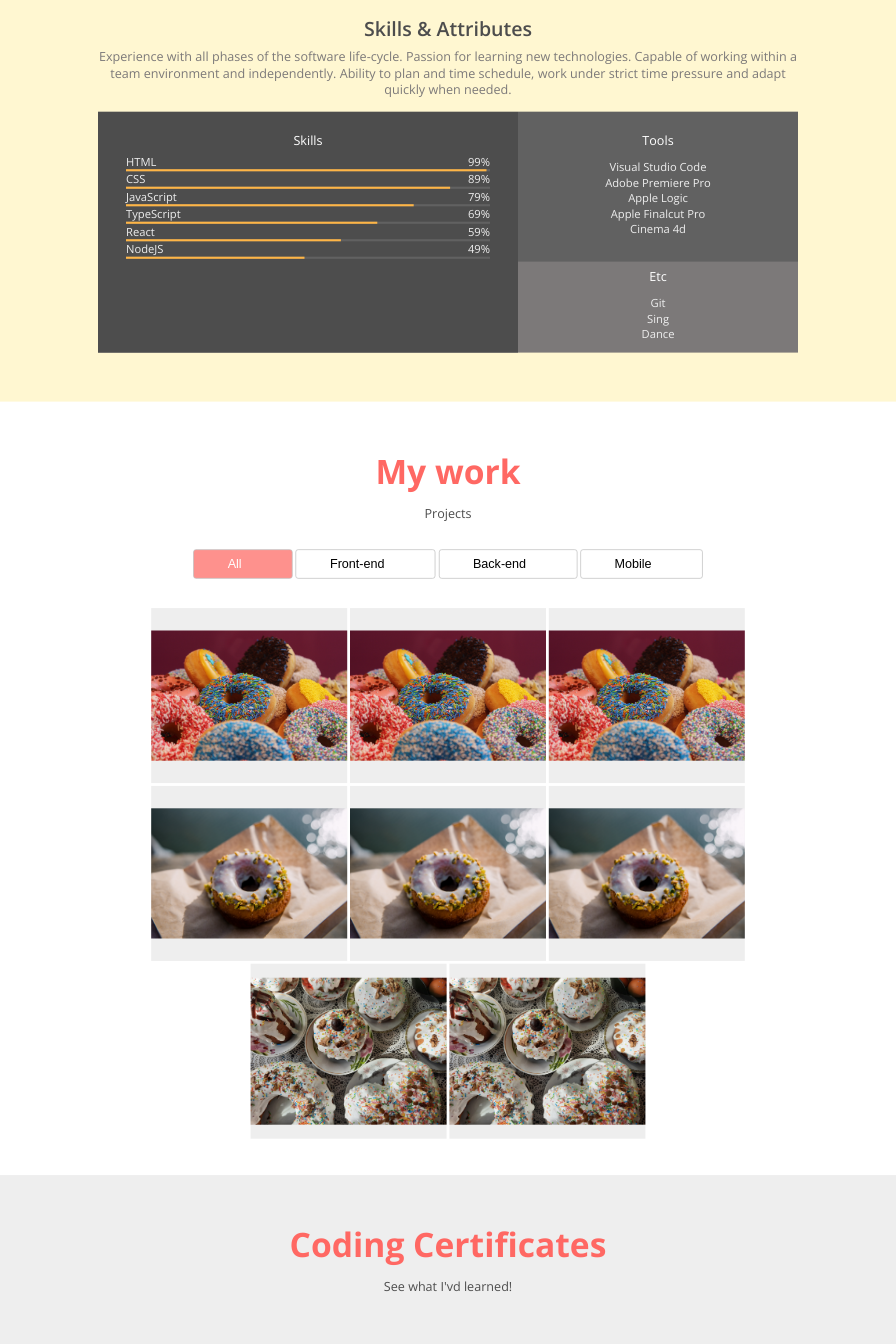
Repository: hesshess/Portfolio
Page: index.html
These files come from the project's save history. The page is drawn as it stood at one moment and after the next save; the edit follows.
The browser window is 1280 px wide. The pictures show the part of the page from y = 1734 to 3654 px (the page is 4336 px tall before and 4414 px after), at 70% of full size.
Some web libraries are served in a nearby version.

Above is the page before, as saved 2022-10-18 13:22:53.

### index.html
<!DOCTYPE html>
<html lang="en">
  <head>
    <meta charset="UTF-8" />
    <meta name="viewport" content="width=device-width, initial-scale=1.0" />
    <title>Hess's Portfolio</title>
    <meta
      name="description"
      content="Portfolio for world-renowed software engineer Hess"
    />
    <meta name="author" content="Hess" />
    <link rel="icon" type="image/png" href="imgs/favicon.png" />
    <script
      src="https://kit.fontawesome.com/1af2041847.js"
      crossorigin="anonymous"
    ></script>
    <link
      href="https://fonts.googleapis.com/css2?family=Amatic+SC:wght@400;700&family=Open+Sans:wght@400;600;700&display=swap"
      rel="stylesheet"
    />
    <link rel="stylesheet" href="style.css" />
    <script src="main.js" defer></script>
  </head>
  <body>
    <!-- Navbar -->
    <nav id="navbar">
      <div class="navbar__logo">
        <i class="fas fa-home"></i>
        <a href="#">Hess</a>
      </div>
      <div class="navbar__menu">
        <ul class="navbar__menu">
          <li class="navbar__menu__item active" data-link="#home">Home</li>
          <li class="navbar__menu__item" data-link="#about">About</li>
          <li class="navbar__menu__item" data-link="#skills">Skills</li>
          <li class="navbar__menu__item" data-link="#work">My Work</li>
          <li class="navbar__menu__item" data-link="#testimonials">
            Testimonial
          </li>
          <li class="navbar__menu__item" data-link="#contact">Contact</li>
        </ul>
      </div>
      <!-- Toggle button -->
      <button class="navbar__toggle-btn">
        <i class="fas fa-bars"></i>
      </button>
    </nav>
    <!-- Home -->
    <section id="home">
      <div class="home__container">
        <img
          src="imgs/profile.JPG"
          alt="Hess's profile Photo"
          class="home__avatar"
        />

        <h1 class="home__title">Hello, <br />I'm Hess</h1>
        <h2 class="home__description">
          A Softerware Engineer currently residing in Newry, Northern Ireland.
        </h2>
        <button class="home__contact" data-link="#contact">Contact Me</button>
      </div>
    </section>

    <!-- About -->

    <section id="about" class="section section__container">
      <h1>About me</h1>
      <p>Enthusiasic Fast Learner who's also interested in Back-end</p>
      <div class="about__majors">
        <div class="major">
          <div class="major__icon">
            <i class="fab fa-html5"></i>
          </div>
          <h2 class="major__title">Front-end</h2>
          <div class="major__description">
            HTML, CSS, JavaScript, TypeScript,<br />React,Vue, Web APIs
          </div>
        </div>
        <div class="major">
          <div class="major__icon">
            <i class="fas fa-mobile-alt"></i>
          </div>
          <h2 class="major__title">Mobile</h2>
          <div class="major__description">
            Android, iOS, React Native, Flutter,<br />Java, Swift, Kotlin
          </div>
        </div>
        <div class="major">
          <div class="major__icon">
            <i class="fas fa-server"></i>
          </div>
          <h2 class="major__title">Back-end</h2>
          <div class="major__description">
            Java, JavaScript, Go, NodeJS,<br />Rest APIs, GraphGL
          </div>
        </div>
      </div>
      <div class="about__jobs">
        <div class="job">
          <img
            src="imgs/jobs/city.png"
            alt="City Cuty Free"
            class="job__logo"
          />
          <div class="job__description">
            <p class="job__name">
              As a chasier, I worked at the Incheon International Airport.
            </p>
            <p class="job__period">2018 OCT - 2019 OCT</p>
          </div>
        </div>
        <div class="job">
          <img
            src="imgs/jobs/scenic.jpeg"
            alt="Scenic Hotel"
            class="job__logo"
          />
          <div class="job__description">
            <p class="job__name">
              As a housekeeper, I worked at the Scenic Hotel in New Zealand.
            </p>
            <p class="job__period">2017 NOV - 2018 MAY</p>
          </div>
        </div>
        <div class="job">
          <img
            src="imgs/jobs/bik.png"
            alt="BIK Kindergarten"
            class="job__logo"
          />
          <div class="job__description">
            <p class="job__name">
              As an asistance teacher, I helped out the children.
            </p>
            <p class="job__period">2016 SEP - 2017 June</p>
          </div>
        </div>
      </div>
    </section>

    <!-- Skills -->
    <section id="skills" class="section">
      <div class="section__container">
        <h1>Skills</h1>
        <h2>Skills & Attributes</h2>
        <p>
          Experience with all phases of the software life-cycle. Passion for
          learning new technologies. Capable of working within a team
          environment and independently. Ability to plan and time schedule, work
          under strict time pressure and adapt quickly when needed.
        </p>
        <div class="skillset">
          <div class="skillset__left">
            <h3 class="skillset__title">Skills</h3>
            <div class="skill">
              <div class="skill__description">
                <span>HTML</span>
                <span>99%</span>
              </div>
              <div class="skill__bar">
                <div class="skill__value" style="width: 99%"></div>
              </div>
            </div>
            <div class="skill">
              <div class="skill__description">
                <span>CSS</span>
                <span>89%</span>
              </div>
              <div class="skill__bar">
                <div class="skill__value" style="width: 89%"></div>
              </div>
            </div>
            <div class="skill">
              <div class="skill__description">
                <span>JavaScript</span>
                <span>79%</span>
              </div>
              <div class="skill__bar">
                <div class="skill__value" style="width: 79%"></div>
              </div>
            </div>
            <div class="skill">
              <div class="skill__description">
                <span>TypeScript</span>
                <span>69%</span>
              </div>
              <div class="skill__bar">
                <div class="skill__value" style="width: 69%"></div>
              </div>
            </div>
            <div class="skill">
              <div class="skill__description">
                <span>React</span>
                <span>59%</span>
              </div>
              <div class="skill__bar">
                <div class="skill__value" style="width: 59%"></div>
              </div>
            </div>
            <div class="skill">
              <div class="skill__description">
                <span>NodeJS</span>
                <span>49%</span>
              </div>
              <div class="skill__bar">
                <div class="skill__value" style="width: 49%"></div>
              </div>
            </div>
          </div>
          <div class="skillset__right">
            <div class="tools">
              <h3 class="skillset__title">Tools</h3>
              <ul class="tools__list">
                <li><span>Visual Studio Code</span></li>
                <li><span>Adobe Premiere Pro</span></li>
                <li><span>Apple Logic</span></li>
                <li><span>Apple Finalcut Pro</span></li>
                <li><span>Cinema 4d</span></li>
              </ul>
            </div>
            <div class="etc">
              <h3 class="skillset__title">Etc</h3>
              <ul class="etc__list">
                <li><span>Git</span></li>
                <li><span>Sing</span></li>
                <li><span>Dance</span></li>
              </ul>
            </div>
          </div>
        </div>
      </div>
    </section>
    <!-- Work -->
    <section id="work" class="section">
      <div class="section__container">
        <h1>My work</h1>
        <h3>Projects</h3>
        <div class="work__categories">
          <button class="category__btn active" data-filter="*">
            All<span class="category__count">8</span>
          </button>
          <button class="category__btn" data-filter="front-end">
            Front-end<span class="category__count">3</span>
          </button>
          <button class="category__btn" data-filter="back-end">
            Back-end<span class="category__count">3</span>
          </button>
          <button class="category__btn" data-filter="mobile">
            Mobile<span class="category__count">2</span>
          </button>
        </div>

        <div class="work__projects">
          <a
            href="깃허브링크"
            class="project"
            target="blank"
            data-type="front-end"
          >
            <img src="imgs/projects/1.jpg" alt="Youtube" class="project__img" />
            <div class="project__description">
              <h3>Youtube Site</h3>
              <span>Clone coding with HTML and CSS</span>
            </div>
          </a>
          <a
            href="깃허브링크"
            class="project"
            target="blank"
            data-type="front-end"
          >
            <img src="imgs/projects/1.jpg" alt="Youtube" class="project__img" />
            <div class="project__description">
              <h3>Youtube Site</h3>
              <span>Clone coding with HTML and CSS</span>
            </div>
          </a>
          <a
            href="깃허브링크"
            class="project"
            target="blank"
            data-type="front-end"
          >
            <img src="imgs/projects/1.jpg" alt="Youtube" class="project__img" />
            <div class="project__description">
              <h3>Youtube Site</h3>
              <span>Clone coding with HTML and CSS</span>
            </div>
          </a>
          <a
            href="깃허브링크"
            class="project"
            target="blank"
            data-type="back-end"
          >
            <img src="imgs/projects/2.jpg" alt="Youtube" class="project__img" />
            <div class="project__description">
              <h3>Youtube Site</h3>
              <span>Clone coding with HTML and CSS</span>
            </div>
          </a>
          <a
            href="깃허브링크"
            class="project"
            target="blank"
            data-type="back-end"
          >
            <img src="imgs/projects/2.jpg" alt="Youtube" class="project__img" />
            <div class="project__description">
              <h3>Youtube Site</h3>
              <span>Clone coding with HTML and CSS</span>
            </div>
          </a>
          <a
            href="깃허브링크"
            class="project"
            target="blank"
            data-type="back-end"
          >
            <img src="imgs/projects/2.jpg" alt="Youtube" class="project__img" />
            <div class="project__description">
              <h3>Youtube Site</h3>
              <span>Clone coding with HTML and CSS</span>
            </div>
          </a>
          <a
            href="깃허브링크"
            class="project"
            target="blank"
            data-type="mobile"
          >
            <img src="imgs/projects/3.jpg" alt="Youtube" class="project__img" />
            <div class="project__description">
              <h3>Youtube Site</h3>
              <span>Clone coding with HTML and CSS</span>
            </div>
          </a>
          <a
            href="깃허브링크"
            class="project"
            target="blank"
            data-type="mobile"
          >
            <img src="imgs/projects/3.jpg" alt="Youtube" class="project__img" />
            <div class="project__description">
              <h3>Youtube Site</h3>
              <span>Clone coding with HTML and CSS</span>
            </div>
          </a>
        </div>
      </div>
    </section>
    <!-- Testimonials -->
    <section id="testimonials" class="section">
      <div class="section__container">
        <h1>Coding Certificates</h1>
        <h3>See what I'vd learned!</h3>
        <div class="testimonials">
          <div class="testimonial">
            <img
              src="imgs/testimonial/certificate1.jpg"
              class="testimonial__avatar"
            />
            <div class="project__description">
              <h3>풀스택 Javascript 웹개발자(프론트엔드&백엔드)</h3>
              <span>2022.01.18 ~ 2022.07.29 (126일/920H)</span>
            </div>
          </div>

          <div class="testimonial">
            <img
              src="imgs/testimonial/nomad1.jpg"
              class="testimonial__avatar"
            />
          </div>
          <div class="testimonial">
            <img
              src="imgs/testimonial/nomad2.jpg"
              class="testimonial__avatar"
            />
          </div>
          <div class="testimonial">
            <img
              src="imgs/testimonial/nomad3.jpg"
              class="testimonial__avatar"
            />
          </div>
        </div>
      </div>
    </section>
    <!-- Contact -->
    <section id="contact" class="section">
      <h1 class="contact__title">Let's talk</h1>
      <h2>
        <a href="mailto:hess90wang@gmail.com" class="contact__email"
          >hess90wang@gmail.com</a
        >
      </h2>
      <div class="contact__links">
        <a href="https://github.com/hesshess" target="_blank">
          <i class="fab fa-github"></i>
        </a>
        <a
          href="https://www.linkedin.com/in/hess-wang-294197254/"
          target="_blank"
        >
          <i class="fa fa-linkedin-square"></i
        ></a>
      </div>
      <p class="contact__rights">2020 HESS Cottage - All rights reserved</p>
    </section>

    <!-- Arrow up -->
    <button class="arrow-up">
      <i class="fas fa-arrow-up"></i>
    </button>
  </body>
</html>

### style.css
/* Global */
:root {
  /* Color */

  --color-white: #ffffff;

  --color-light-white: #eeeeee;

  --color-dark-white: #bdbdbd;

  --color-pink: #fe918d;

  --color-dark-pink: #ff6863;

  --color-dark-grey: #4d4d4d;

  --color-grey: #616161;

  --color-light-grey: #7c7979;

  --color-blue: #73aace;

  --color-yellow: #fff7d1;

  --color-orange: #feb546;

  --color-black: #000000;

  /* Font size */

  --font-large: 48px;

  --font-medium: 28px;

  --font-regular: 18px;

  --font-small: 16px;

  --font-micro: 14px;

  /* Font weight */

  --weight-bold: 700;

  --weight-semi-bold: 600;

  --weight-regular: 400;

  /* Size */
  --size-border-radius: 4px;

  /* Animation */
  --animation-duration: 300ms;
}

/* Universal tags */
* {
  box-sizing: border-box;
}

body {
  margin: 0;
  font-family: "Open Sans", sans-serif;
  cursor: default;
}

a {
  text-decoration: none;
  color: var(--color-white);
}
ul {
  list-style: none;
  padding-left: 0;
}
li {
  list-style: none;
}

button {
  background-color: transparent;
  cursor: pointer;
  border: none;
  outline: none;
}

/* Typography */
h1 {
  font-size: var(--font-large);
  font-weight: var(--weight-bold);
  color: var(--color-dark-pink);
  margin: 16px 0;
}

h2 {
  font-size: var(--font-medium);
  font-weight: var(--weight-semi-bold);
  color: var(--color-dark-grey);
  margin: 8px 0;
}

h3 {
  font-size: var(--font-regular);
  font-weight: var(--weight-regular);
  color: var(--color-dark-grey);
  margin: 8px 0;
}

p {
  font-size: var(--font-regular);
  font-weight: var(--weight-regular);
  color: var(--color-light-grey);
  margin: 4px 0;
}

/* Navbar */
#navbar {
  position: fixed;
  width:100%;
  display: flex;
  justify-content: space-between;
  background-color: transparent;
  align-items: center;
  color: var(--color-dark-white);
  padding: 10px;
  transition: all var(--animation-duration) ease-in-out;
  z-index:1;
}
#navbar.navbar--dark{
  background-color: var(--color-pink);
  color:var(--color-white);
  padding: 5px;

}
.navbar__menu {
  display: flex;
  margin: 4px 0;
}

.navbar__logo {
  font-size: var(--font-medium);
  font-weight: var(--weight-semi-bold);
  padding-left: 10px;
}
.navbar__menu__item {
  padding: 4px 6px;
  margin: 0 4px;
  cursor: pointer;
  border-radius: var(--size-border-radius);
}

.navbar__menu__item.active {
  border: 1.5px solid var(--color-pink);
}

.navbar__menu__item:hover {
  background-color: var(--color-dark-pink);
  border-radius: var(--size-border-radius);
}

.navbar__toggle-btn{
  position: absolute;
  top:10px;
  right:16px;
  font-size: 24px;
  color:var(--color-white);
  display:none;

}

/* Home */
#home {
  background: url("imgs/home-background.png") center/cover no-repeat;
  padding: 40px;
  padding-top:120px;
  text-align: center;
}

.home__avatar {
  width: 250px;
  height: 250px;
  border-radius: 50%;
  border: 3px solid var(--color-pink);
}

.home__title,
.home__description {
  color: var(--color-light-grey);
}
.home__contact {
  color: var(--color-grey);
  font-size: var(--font-regular);
  font-weight: var(--weight-bold);
  margin: 24px;
  padding: 8px 12px;
  border: 2px solid var(--color-light-grey);
  border-radius: var(--size-border-radius);
}

/* Section Common*/
.section {
  text-align: center;
  padding: 50px;
  margin: auto;
}

.section__container {
  max-width: 1000px;
  margin: auto;
}

/* About */
.about__majors {
  display: flex;
  justify-content: space-between;
  margin: 80px 0;
}


.major__icon {
  width: 170px;
  height: 170px;
  font-size: 70px;
  line-height: 170px;
  color: var(--color-dark-pink);
  margin: auto;
  border: 1px solid var(--color-dark-pink);
  border-radius: 50%;
  margin-bottom: 16px;
}

.major__icon i {
  transition: all var(--animation-duration) ease;
}

.major__icon:hover i {
  color: var(--color-pink);
  transform: rotate(30deg) scale(1.2);
}

.major__title,
.major__description {
  color: var(--color-dark-grey);
}

.major__description {
  font-size: var(--font-small);
}

.job {
  display: flex;
  align-items: center;
}

.job__description {
  margin: 0 16px;
  text-align: left;
}

.job__name,
.job__period {
  color: var(--color-light-grey);
}

.job__name {
  font-size: var(--font-small);
}

.job__period {
  font-size: var(--font-micro);
}

.job__logo {
  width: 80px;
  height: 80px;
  border-radius: 50%;
  margin-right: 20px;
}

/* Skill */
#skills {
  background-color: var(--color-yellow);
}

.skillset {
display: flex;
background-color:var(--color-light-grey);
color:var(--color-light-white);
margin:20px 0;
}

.skillset__title{
    color:var(--color-white);

}

.skillset__left{
flex-basis: 60%;
background-color:var(--color-dark-grey);
padding: 20px 40px;
}

.skill{
  margin-bottom: :32px;
}

.skill__description{
    display:flex;
    justify-content: space-between;

}

.skill__bar{
  width: 100%;
  height:3px;
  background-color: var(--color-grey);

}
.skill__value{
  height:3px;
  background-color: var(--color-orange);
}

.skillset__right{
flex-basis: 40%;
}

.tools {
    background-color: var(--color-grey);
}

.tools, .etx{
  padding: 20px;
}

/* Work */


.work__categories {
  margin:40px;
}
.category__btn{
  border: 1px solid var(--color-dark-white);
  border-radius:  var(--size-border-radius);
  font-size:var(--font-regular);
  padding: 8px 48px;
}

.category__btn.active, .category__btn:hover{
  background-color: var(--color-pink);
  color: var(--color-white);
}

.category__btn .active .category__count,.category__btn:hover .category__count {
  opacity: 1;
  top: 0;
}



.category__count{
  background-color: var(--color-orange);
  border-radius: 50%;
  color:var(--color-white);
  width:24px;
  height:24px;
  display: inline-block;
  line-height: 24px ;
  position:relative;
  top: -20px;
  left:4px;
  opacity:0;
  transition: all var(--animation-duration) ease-in;

}

 .work__projects{
   display:flex;
   flex-wrap:wrap;
   justify-content: center;
   opacity:1;
   transition: all var(--animation-duration) ease-out;

 }
 .work__projects.anim-out{
   opacity:0;
   transform: scale(0.96) translateY(40px);
 }

 .project {
   position: relative;
   display:flex;
   justify-content: center;
   align-items: center;
   width:280px;
   height:250px;
   margin:2px;
   background-color: var(--color-light-white);

 }
 .project.invisible{
   display:none;
 }

 .project__img{
   max-width:100%;
   max-height:100%;
 }

 .project__description{
   position: absolute;

   background-color: black;
   display: flex;
   flex-direction: column;
   justify-content: center;
   width:100%;
   height:100%;
   top:0;
   left:0;
   opacity:0;
   transform:translateY(10px);
   transition: all var(--animation-duration) ease-in;

 }
 .project:hover .project__description{
opacity:0.8;
transform:translateY(0px);
 }

 .project__description h3{
   color:var(--color-white);

 }

 .project__description h3:after{
   display: block;
   content:'';
   position: relative;
   left:50%;
   width:25px;
   height:2px;
   margin-left: -12px;
   margin-top: 8px;
   background-color: var(--color-dark-white);
 }


/* testimonial */
#testimonials{
  background-color: var(--color-light-white);

}

.testimonials {
  margin: 40px;
  display: flex;
  justify-content: space-around;
}

.testimonial{
  display: flex;
margin:32px 0;
transition: all var(--animation-duration) ease-in;
}
.testimonial:hover{
  transform: scale(1.5);
}

.testimonial__avatar{
  width:150px;
  height:150px;
  border-radius: 50%;

}
.testimonial__avatar:nth-child(odd){
  margin-right:40px;
}
.testimonial__avatar:nth-child(even){
  margin-left:40px;
}

.testimonial__speech-bubble{
  padding:18px;
  background-color: var(--color-white);
  border-radius: var(--size-border-radius);
}

.testimonial__speech-bubble p {
  color: var(--color-light-grey);

}

.testimonial__speech-bubble a{
  color: var(--color-pink);
}

/* Contact */

#contact{
  background-color: var(--color-dark-pink);


}
.contact__title, .contact__email, .contact__rights{
  color: var(--color-white);
}

.contact__title{
  margin: 32px 0;

}

.contact__links{
  font-size: var(--font-large);
  margin: 24px 0px;
  transition: all var(--animation-duration) ease-in;

}

.contact__links i:hover {
  transform: scale(1.3);
  color:var(--color-orange);

}


/* Scroll */
.arrow-up{
  position:fixed;
  bottom: 50px;
  right:50px;
  width:70px;
  height:70px;
  font-size: 50px;
  background-color: var(--color-pink);
  color: var(--color-white);
  border-radius: 50%;
  opacity:0;
  pointer-events: none ;
  transition: all var(--animation-duration) ease-in
}

.arrow-up.visible {
  opacity:1;
  pointer-events: auto;
}


/* For below 768px screen width */

@media screen and (max-width:768px){
.navbar__toggle-btn{
  display:block;

}
#navbar{
  font-display: column;
align align-items:flex-start;
}
.navbar__menu{
  flex-direction: column;
  text-align: center;
  width:100%;
  display:none;

}

.about__majors{
  flex-direction: column;

}
.major{
margin-bottom: 38px;

}

.skillset {
  flex-direction: column;

}

.project{
  flex-grow: 1;
}

.testimonial__avatar{
  width:80px;
  height:80px;
}



}

Loaded but not shown: main.js (81 lines, source omitted)

After the next save:
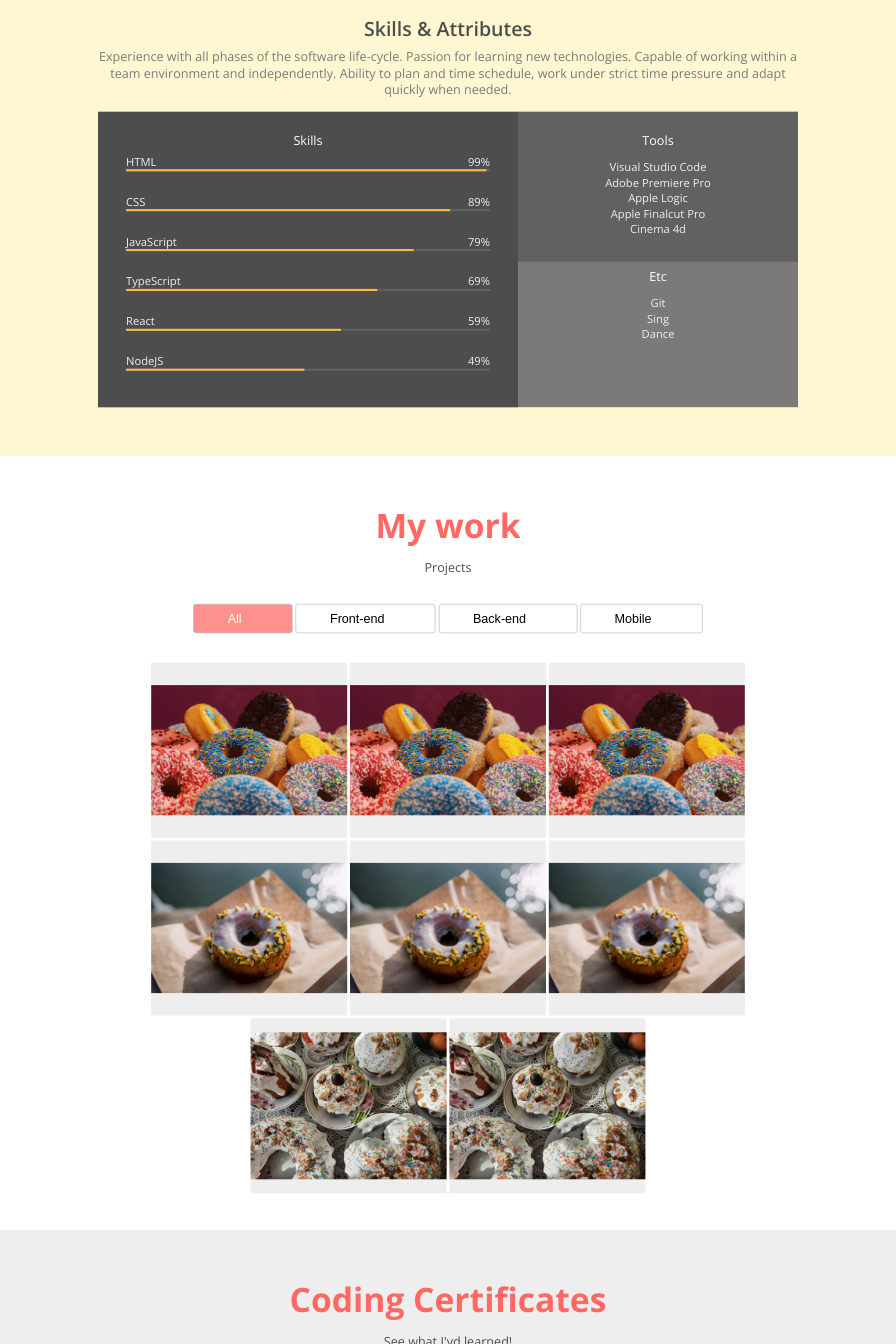
Saved 20 s later.
--- a/style.css
+++ b/style.css
@@ -300,7 +300,7 @@
 }
 
 .skill{
-  margin-bottom: :32px;
+  margin-bottom: 32px;
 }
 
 .skill__description{
